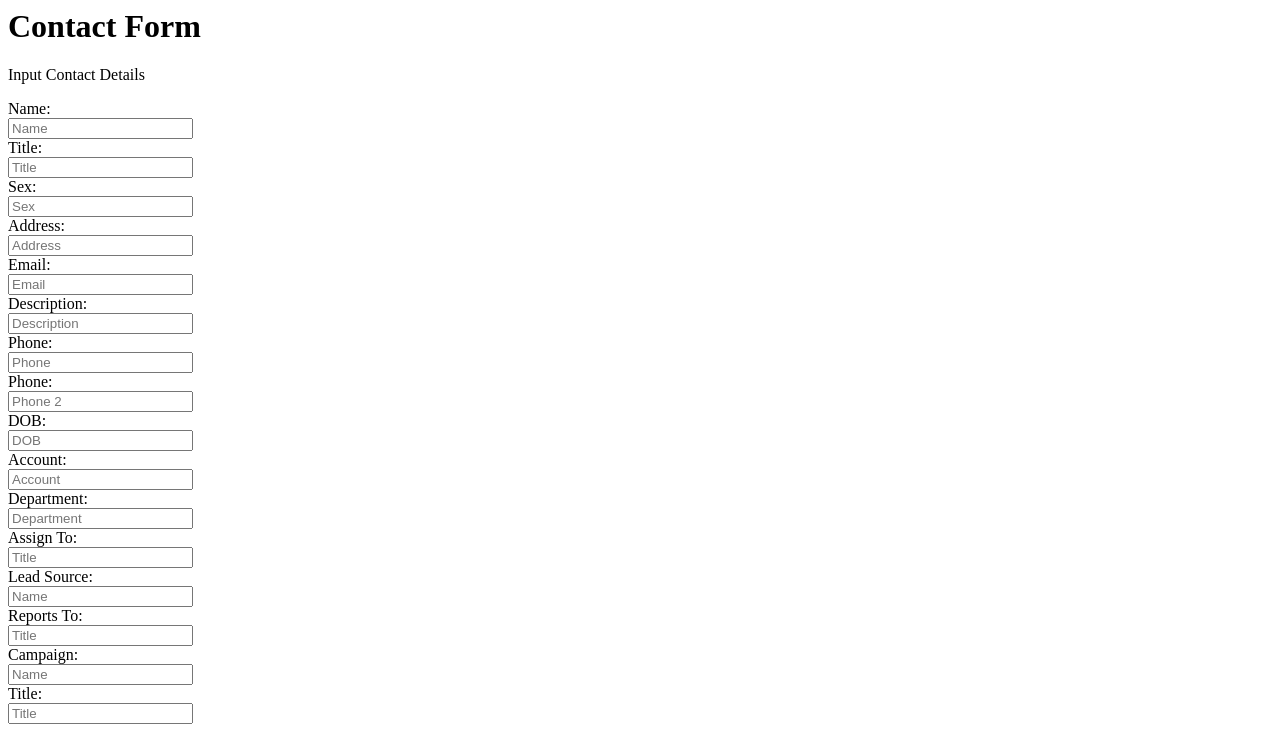
Repository: andreedp/crm-std
Page: workspace/CRM-std/web-app/app/view/contact/form.html
The author's editor kept a copy of each file at every save. The page is drawn from the files as they stood at one save, then again after the next save.
The browser window is 1280 px wide. The pictures show the whole page.

Above is the page before, as saved 2015-06-11 11:30:10.

### workspace/CRM-std/web-app/app/view/contact/form.html
<div class="container-fluid">
  <div class="text-center">
    <h1>Contact Form</h1>
    <p class="lead">Input Contact Details
    </p>
  </div>
  <form class="form-horizontal" role="form">
    <div class="row">
      <div class="col-md-6 col-xs-12 ">
        <div class="form-group">
          <div class="col-xs-3 text-left">
          	<label for="inputName" class="col-md-2 control-label">Name:</label>
          </div>
          <div class="col-md-9">
            <input type="text" class="form-control" id="inputName" placeholder="Name">
          </div>
        </div>
      </div>
      <div class="col-md-6 col-xs-12 ">
        <div class="form-group">
          <div class="col-xs-3 text-left">
          	<label for="inputTitle" class="col-md-2 control-label">Title:</label>
          </div>
          <div class="col-md-9">
            <input type="text" class="form-control" id="inputTitle" placeholder="Title">
          </div>
        </div>
      </div>
   </div><!-- /.row this actually does not appear to be needed with the form-horizontal -->
   <div class="row">
      <div class="col-md-6 col-xs-12 ">
        <div class="form-group">
          <div class="col-xs-3 text-left">
          	<label for="inputSex" class="col-md-2 control-label">Sex:</label>
          </div>
          <div class="col-md-9">
            <input type="text" class="form-control" id="inputSex" placeholder="Sex">
          </div>
        </div>
      </div>
      <div class="col-md-6 col-xs-12 ">
        <div class="form-group">
          <div class="col-xs-3 text-left">
          	<label for="inputAddress" class="col-md-2 control-label">Address:</label>
          </div>
          <div class="col-md-9">
            <input type="text" class="form-control" id="inputAddress" placeholder="Address">
          </div>
        </div>
      </div>
   </div>
   <div class="row">
      <div class="col-md-6 col-xs-12 ">
        <div class="form-group">
          <div class="col-xs-3 text-left">
          	<label for="inputEmail" class="col-md-2 control-label">Email:</label>
          </div>
          <div class="col-md-9">
            <input type="text" class="form-control" id="inputEmail" placeholder="Email">
          </div>
        </div>
      </div>
      <div class="col-md-6 col-xs-12 ">
        <div class="form-group">
          <div class="col-xs-3 text-left">
          	<label for="inputDescription" class="col-md-2 control-label">Description:</label>
          </div>
          <div class="col-md-9">
            <input type="text" class="form-control" id="inputDescription" placeholder="Description">
          </div>
        </div>
      </div>
   </div>
   <div class="row">
      <div class="col-md-6 col-xs-12 ">
        <div class="form-group">
          <div class="col-xs-3 text-left">
          	<label for="inputTelephone" class="col-md-2 control-label">Phone:</label>
          </div>
          <div class="col-md-9">
            <input type="text" class="form-control" id="inputTelephone" placeholder="Phone">
          </div>
        </div>
      </div>
      <div class="col-md-6 col-xs-12 ">
        <div class="form-group">
          <div class="col-xs-3 text-left">
          	<label for="inputTelephone2" class="col-md-2 control-label">Phone:</label>
          </div>
          <div class="col-md-9">
            <input type="text" class="form-control" id="inputTelephone2" placeholder="Phone 2">
          </div>
        </div>
      </div>
   </div>
   <div class="row">
      <div class="col-md-6 col-xs-12 ">
        <div class="form-group">
          <div class="col-xs-3 text-left">
          	<label for="inputDOB" class="col-md-2 control-label">DOB:</label>
          </div>
          <div class="col-md-9">
            <input type="text" class="form-control" id="inputDOB" placeholder="DOB">
          </div>
        </div>
      </div>
      <div class="col-md-6 col-xs-12 ">
        <div class="form-group">
          <div class="col-xs-3 text-left">
          	<label for="inputAccount" class="col-md-2 control-label">Account:</label>
          </div>
          <div class="col-md-9">
            <input type="text" class="form-control" id="inputAccount" placeholder="Account">
          </div>
        </div>
      </div>
   </div>
   <div class="row">
      <div class="col-md-6">
        <div class="form-group">
          <div class="col-xs-3 text-left">
          	<label for="inputDepartment" class="col-md-2 control-label">Department:</label>
          </div>
          <div class="col-md-9">
            <input type="text" class="form-control" id="inputDepartment" placeholder="Department">
          </div>
        </div>
      </div>
      <div class="col-md-6">
        <div class="form-group">
          <div class="col-xs-3 text-left">
          	<label for="inputTitle" class="col-md-2 control-label">Assign To:</label>
          </div>
          <div class="col-md-9">
            <input type="text" class="form-control" id="inputTitle" placeholder="Title">
          </div>
        </div>
      </div>
   </div>
   <div class="row">
      <div class="col-md-6 col-xs-12 ">
        <div class="form-group">
          <div class="col-xs-3 text-left">
          	<label for="inputName" class="col-md-2 control-label">Lead Source:</label>
          </div>
          <div class="col-md-9">
            <input type="text" class="form-control" id="inputName" placeholder="Name">
          </div>
        </div>
      </div>
      <div class="col-md-6 col-xs-12 ">
        <div class="form-group">
          <span style="white-space: nowrap;" class="col-xs-3 text-left">
          	<label nowrap="nowrap" for="inputTitle" class="col-md-2 control-label">Reports To:</label>
          </span>
          <div class="col-md-9">
            <input type="text" class="form-control" id="inputTitle" placeholder="Title">
          </div>
        </div>
      </div>
   </div>
   <div class="row">
      <div class="col-md-6 col-xs-12 ">
        <div class="form-group">
          <div class="col-xs-3 text-left">
          	<label for="inputName" class="col-md-2 control-label">Campaign:</label>
          </div>
          <div class="col-md-9">
            <input type="text" class="form-control" id="inputName" placeholder="Name">
          </div>
        </div>
      </div>
      <div class="col-md-6 col-xs-12 ">
        <div class="form-group">
          <div class="col-xs-3 text-left">
          	<label for="inputTitle" class="col-md-2 control-label">Title:</label>
          </div>
          <div class="col-md-9">
            <input type="text" class="form-control" id="inputTitle" placeholder="Title">
          </div>
        </div>
      </div>
   </div>
  </form>
 </div>

After the next save:
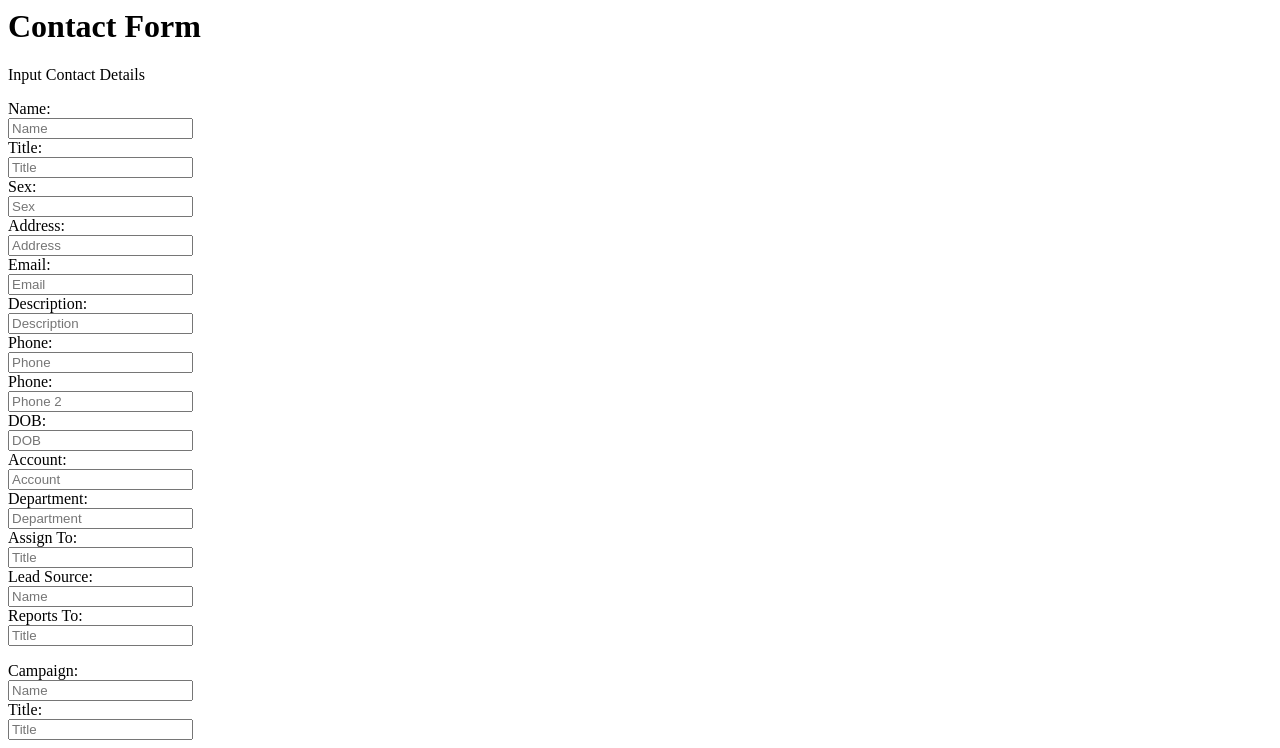
Saved 37 s later.
--- a/workspace/CRM-std/web-app/app/view/contact/form.html
+++ b/workspace/CRM-std/web-app/app/view/contact/form.html
@@ -140,7 +140,7 @@
    <div class="row">
       <div class="col-md-6 col-xs-12 ">
         <div class="form-group">
-          <div class="col-xs-3 text-left">
+          <span style="white-space: nowrap;" class="col-xs-3 text-left"
           	<label for="inputName" class="col-md-2 control-label">Lead Source:</label>
           </div>
           <div class="col-md-9">

After the save that followed:
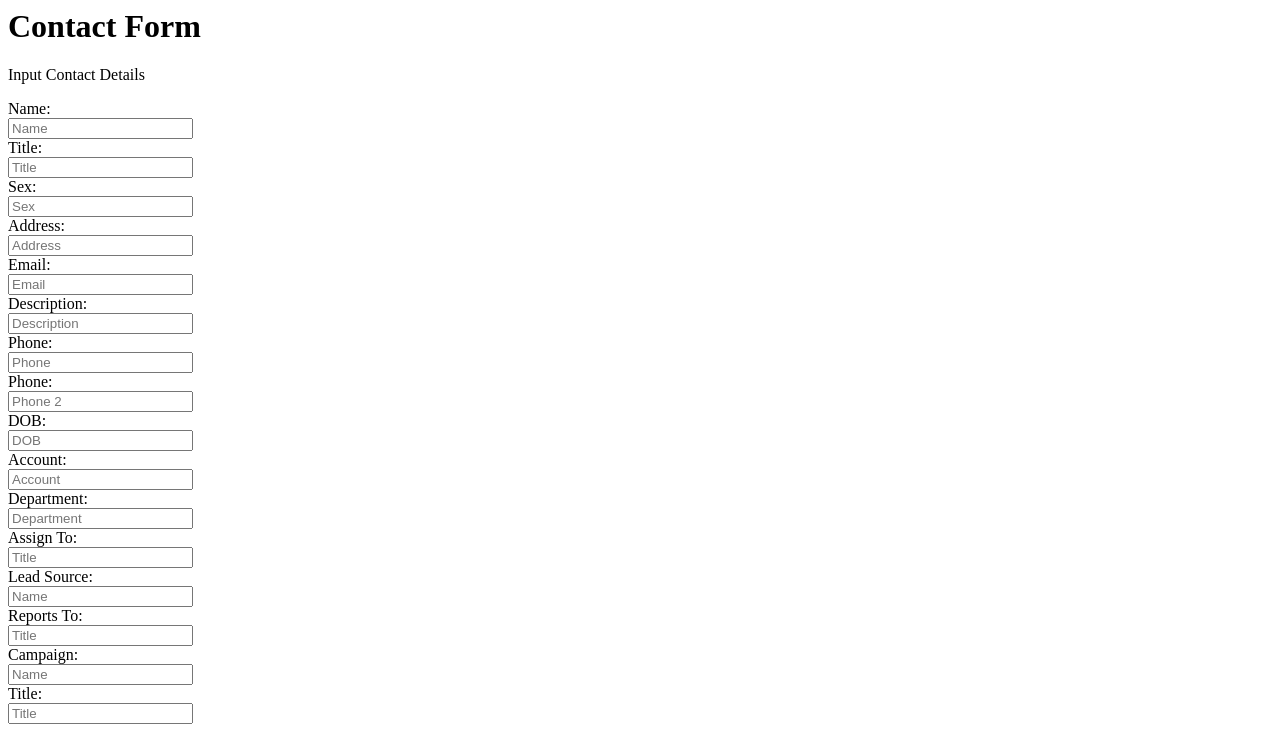
Saved 5 s later.
--- a/workspace/CRM-std/web-app/app/view/contact/form.html
+++ b/workspace/CRM-std/web-app/app/view/contact/form.html
@@ -142,7 +142,7 @@
         <div class="form-group">
           <span style="white-space: nowrap;" class="col-xs-3 text-left"
           	<label for="inputName" class="col-md-2 control-label">Lead Source:</label>
-          </div>
+          </span>
           <div class="col-md-9">
             <input type="text" class="form-control" id="inputName" placeholder="Name">
           </div>
